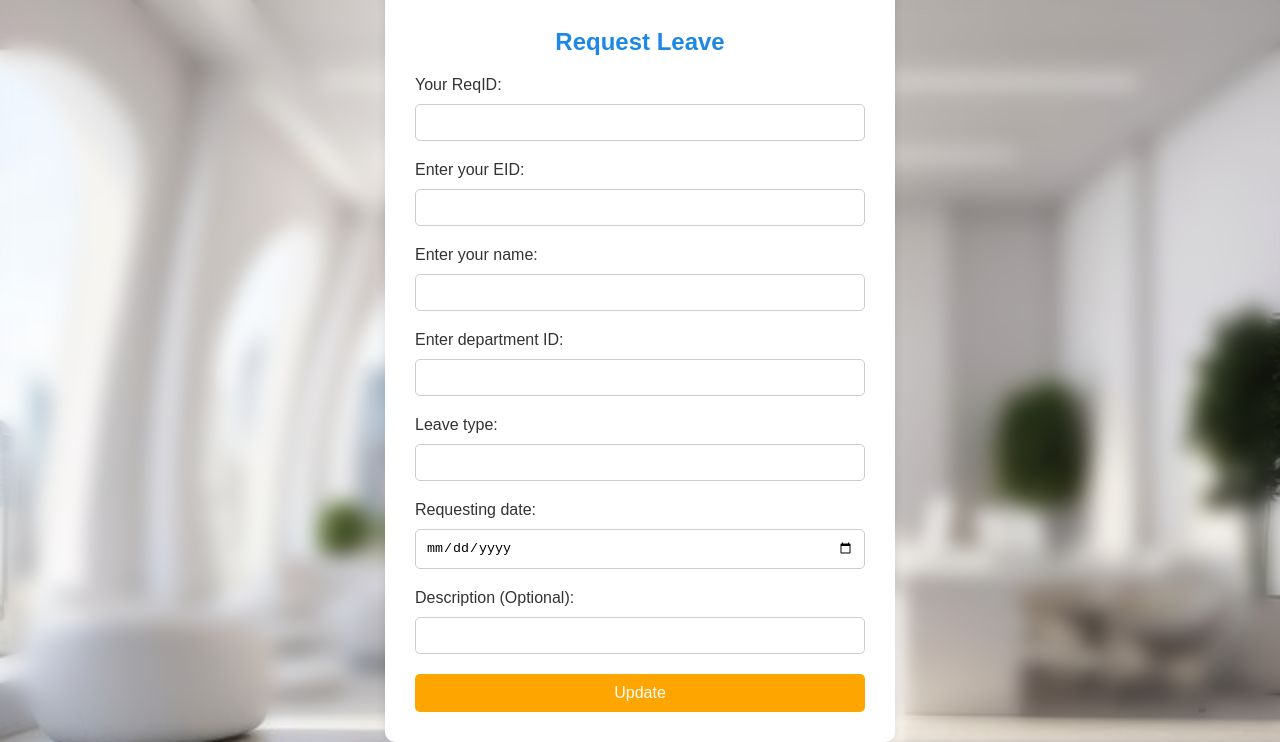
Repository: sakuuLay/StaffManagementSys
Page: http://localhost/test/updtReq.jsp
The author's editor kept a copy of each file at every save. The page is drawn from the files as they stood at one save, then again after the next save.
The browser window is 1280 px wide. The pictures show the whole page.
Backgrounds fixed to the window are drawn as part of the page. The page is served by Tomcat 9. Nobody is signed in. The application's start-up code is not run.

Above is the page before, as saved 2024-10-21 07:54:53.

After the next save:
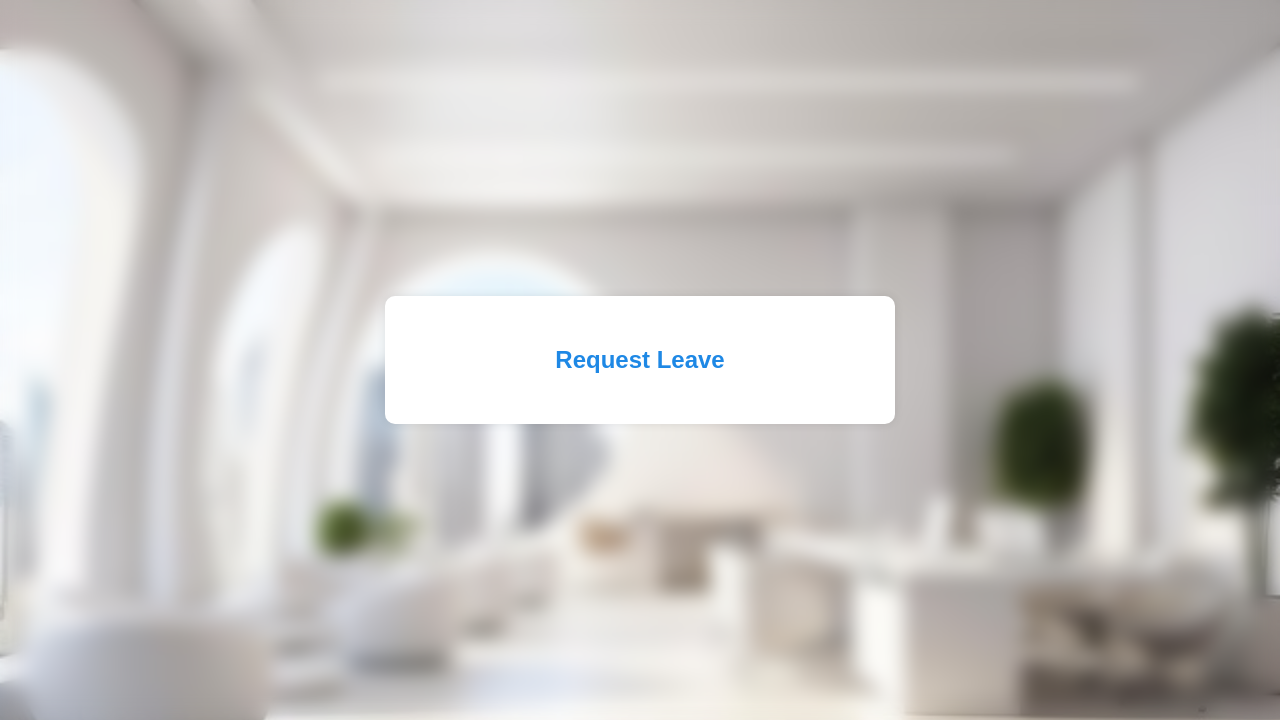
Console error: TypeError: Cannot read properties of null (reading 'addEventListener')
Saved 66 s later.
--- a/test/src/main/webapp/updtReq.jsp
+++ b/test/src/main/webapp/updtReq.jsp
@@ -77,7 +77,7 @@
     <div class="background-blur"></div>
     <div class="form-container">
         <h2>Request Leave</h2>
-        <c:forEach var="Req" items="${Req}"></c:forEach>
+        <c:forEach var="Req" items="${Req}">
             <form action="UpdateRServlet" method="post">
                 <label for="empintID">Your ReqID:</label>
                 <input type="text" id="empintID" name="rid" value="${Req.reqID}" readonly>
@@ -104,7 +104,7 @@
 
                 <button type="submit">Update</button>
             </form>
-
+        </c:forEach>
     </div>
 
     <script>
